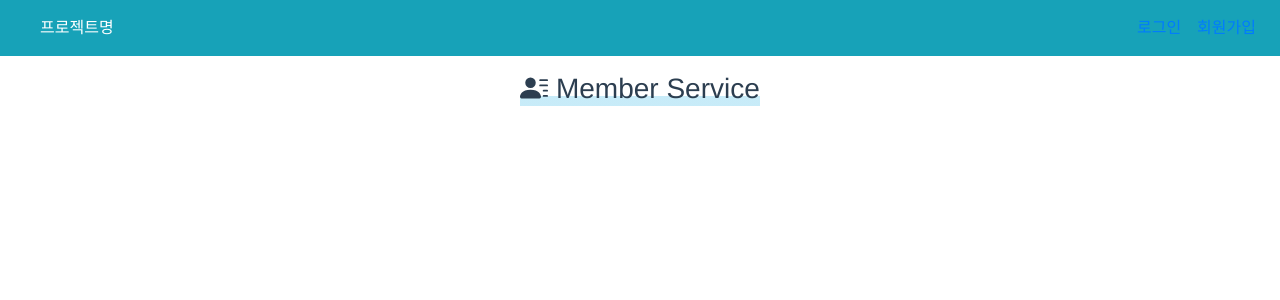
Repository: cheery72/Project_Real_estate
Page: /user (app in frontend/)
The author's editor kept a copy of each file at every save. The page is drawn from the files as they stood at one save, then again after the next save.
The browser window is 1280 px wide. The pictures show the whole page.
The project was rebuilt for these pictures with package versions that can differ from the ones it lists, and the page was loaded fresh each time. Also part of the build but not shown: frontend/vue.config.js, frontend/src/components/user/MemberJoin.vue, frontend/src/components/user/MemberLogin.vue, frontend/src/components/user/child/MemberInfoForm.vue, frontend/src/components/user/MemberMyPage.vue, frontend/src/components/user/BookMarkListRow.vue, frontend/src/components/user/MemberMyBookmark.vue. Imported but missing from the stored project, and not drawn on this page: frontend/src/views/Home.vue.

Above is the page before, as saved 2021-11-25 14:06:59.

After the next save:
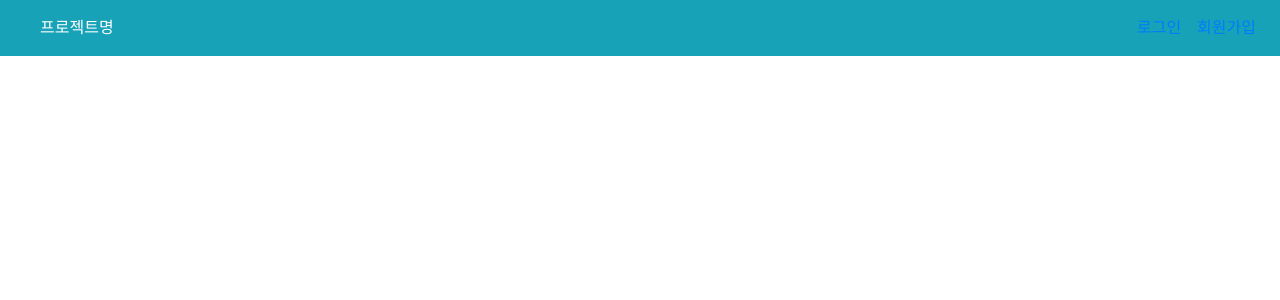
Saved 2 min 58 s later.
--- a/frontend/src/views/Member.vue
+++ b/frontend/src/views/Member.vue
@@ -1,8 +1,8 @@
 <template>
   <b-container class="bv-example-row mt-3 text-center">
-    <h3 class="underline-steelblue">
+    <!-- <h3 class="underline-steelblue">
       <b-icon icon="person-lines-fill"></b-icon> Member Service
-    </h3>
+    </h3> -->
     <router-view></router-view>
   </b-container>
 </template>
